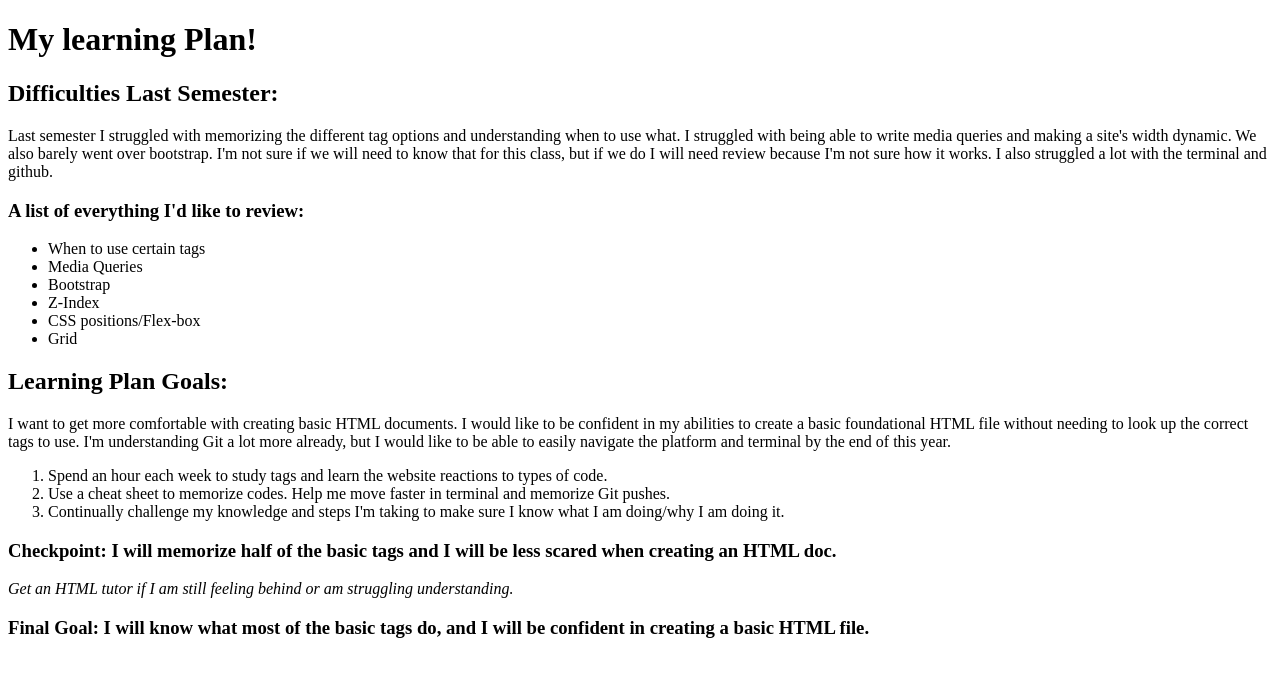
Repository: awollf/mdia-2109
Page: learning-plan.html
These files come from the project's save history. The page is drawn as it stood at one moment and after the next save; the edit follows.
The browser window is 1280 px wide. The pictures show the whole page.

Above is the page before, as saved 2026-01-26 12:13:56.

### learning-plan.html
<!DOCTYPE html>
<html lang="en">
<head>
    <meta charset="UTF-8">
    <meta name="viewport" content="width=device-width, initial-scale=1.0">
    <title>Learning Plan</title>
</head>
<body>
    <h1>My learning Plan!</h1>

    <h2>Difficulties Last Semester:</h2>
    <p>Last semester I struggled with memorizing the different tag options and understanding when to use what.
        I struggled with being able to write media queries and making a site's width dynamic.
        We also barely went over bootstrap. I'm not sure if we will need to know that for this class, but if we do
        I will need review because I'm not sure how it works. I also struggled a lot with the terminal and github.
    </p>

    <h3>A list of everything I'd like to review:</h3>
    <ul>
        <li>When to use certain tags</li>
        <li>Media Queries</li>
        <li>Bootstrap</li>
        <li>Z-Index</li>
        <li>CSS positions/Flex-box</li>
        <li>Grid</li>
    </ul>

    <h2>Learning Plan Goals:</h2>
    <p>I want to get more comfortable with creating basic HTML documents. I would like to be confident in my abilities
    to create a basic foundational HTML file without needing to look up the correct tags to use. I'm understanding Git a lot more already,
    but I would like to be able to easily navigate the platform and terminal by the end of this year. </p>

    <ol>
        <li>Spend an hour each week to study tags and learn the website reactions to types of code.</li>
        <li>Use a cheat sheet to memorize codes. Help me move faster in terminal and memorize Git pushes.</li>
        <li>Continually challenge my knowledge and steps I'm taking to make sure I know what I am doing/why I am doing it.</li>
    </ol>

    <h3>Checkpoint: I will memorize half of the basic tags and I will be less scared when creating an HTML doc.</h3>
    <em>Get an HTML tutor if I am still feeling behind or am struggling understanding.</em>

    <h3>Final Goal: I will know what most of the basic tags do, and I will be confident in creating a basic HTML file.</h3>

</body>
</html>

After the next save:
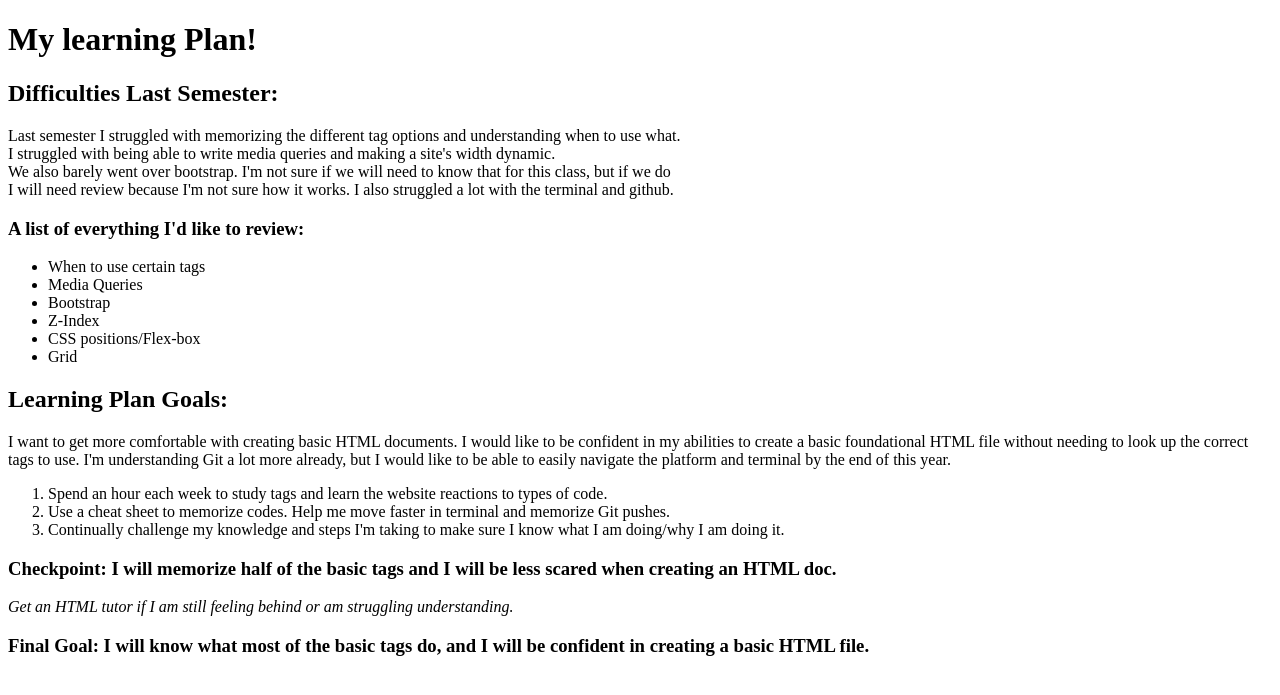
Saved 3 min 26 s later.
--- a/learning-plan.html
+++ b/learning-plan.html
@@ -10,9 +10,9 @@
 
     <h2>Difficulties Last Semester:</h2>
     <p>Last semester I struggled with memorizing the different tag options and understanding when to use what.
-        I struggled with being able to write media queries and making a site's width dynamic.
-        We also barely went over bootstrap. I'm not sure if we will need to know that for this class, but if we do
-        I will need review because I'm not sure how it works. I also struggled a lot with the terminal and github.
+        <br>I struggled with being able to write media queries and making a site's width dynamic.
+        <br>We also barely went over bootstrap. I'm not sure if we will need to know that for this class, but if we do
+        <br>I will need review because I'm not sure how it works. I also struggled a lot with the terminal and github.
     </p>
 
     <h3>A list of everything I'd like to review:</h3>
